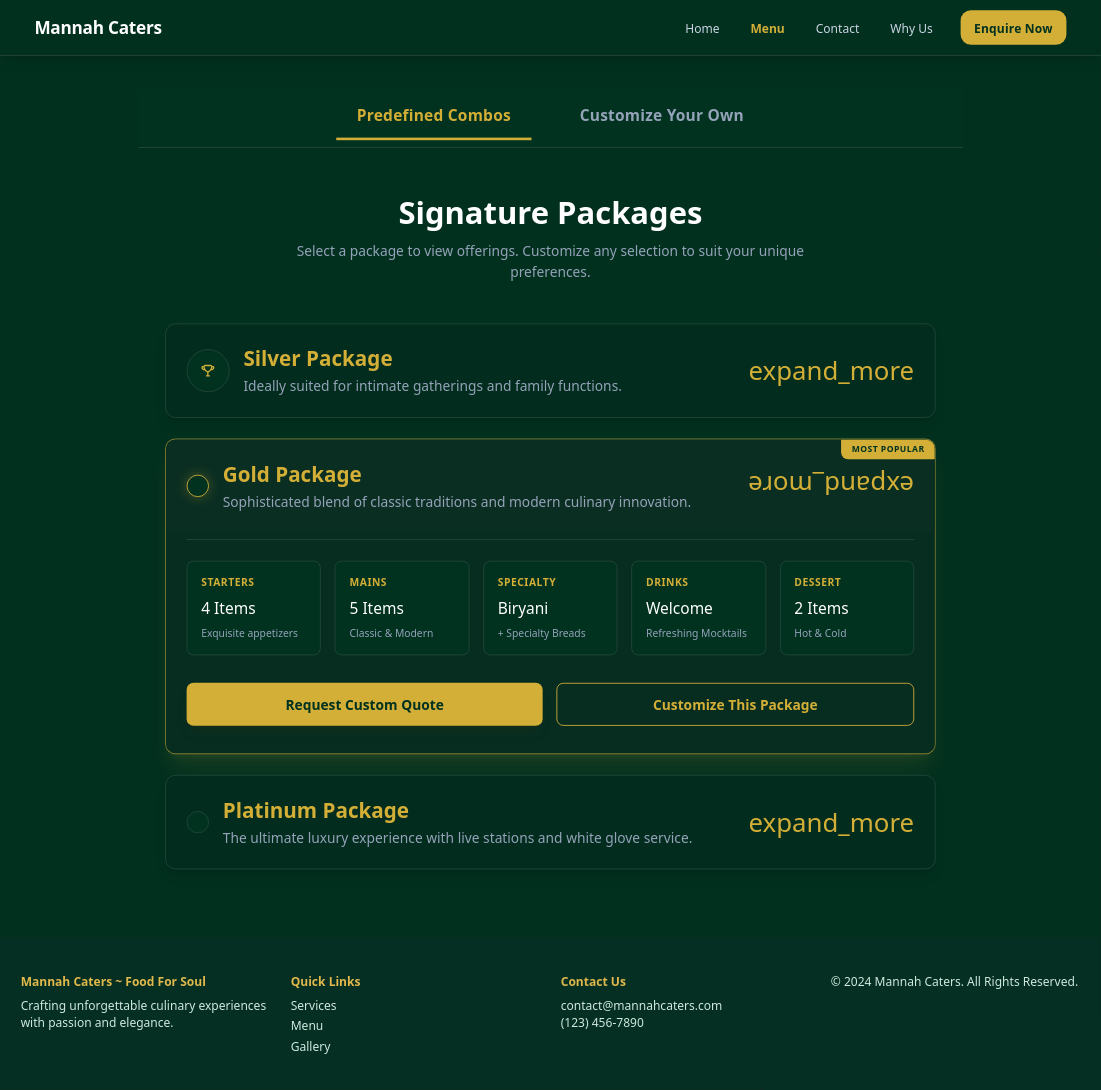
Repository: B-U-G-Freelancers/mannah_caterers
Page: /menu
These files come from the project's save history. The page is drawn as it stood at one moment and after a run of saves; the edit follows.
The browser window is 1280 px wide. The pictures show the whole page, at 86% of full size.
The project was rebuilt for these pictures with package versions that can differ from the ones it lists, and the page was loaded fresh each time. Some packages were replaced by stand-ins written for this rebuild. Also part of the build but not shown: vite.config.js, src/pages/Home.jsx, src/components/MenuItem.jsx, src/components/CartSideBar.jsx, src/components/CustomizeView.jsx, src/pages/Contact.jsx, src/pages/Why.jsx.

Above is the page before, as saved 2025-12-17 14:25:09.

After the next 2 saves:
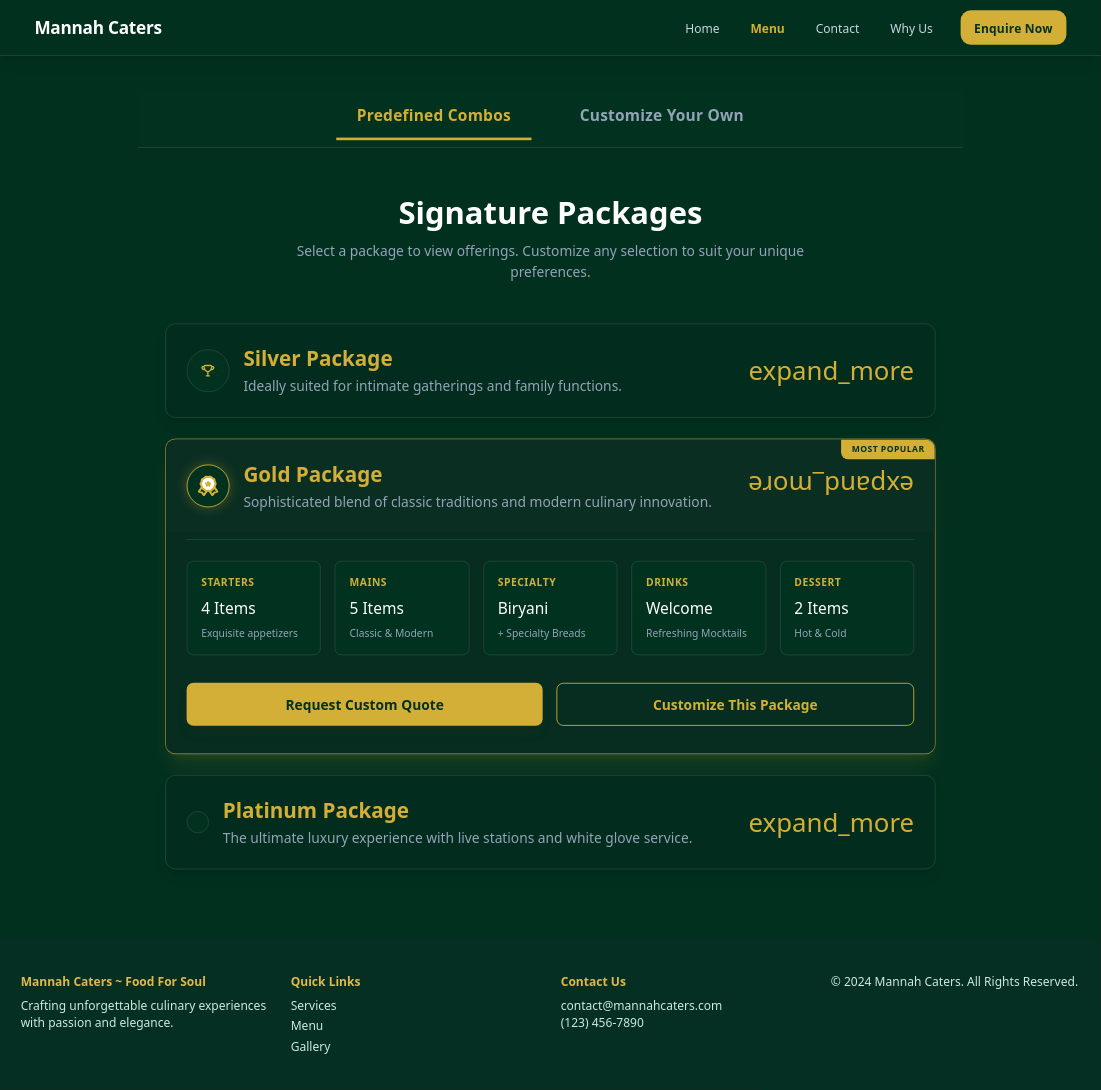
The 2 saves are shown as one change because they came seconds apart.
The last was saved 5 s later.
--- a/src/constants.js
+++ b/src/constants.js
@@ -76,7 +76,7 @@ export const PACKAGES = [
     id: "gold",
     name: "Gold Package",
     description: "Sophisticated blend of classic traditions and modern culinary innovation.",
-    icon: "Gold",
+    icon: Gold,
     isPopular: true,
     features: [
       { label: "Starters", value: "4 Items", subtext: "Exquisite appetizers" },
